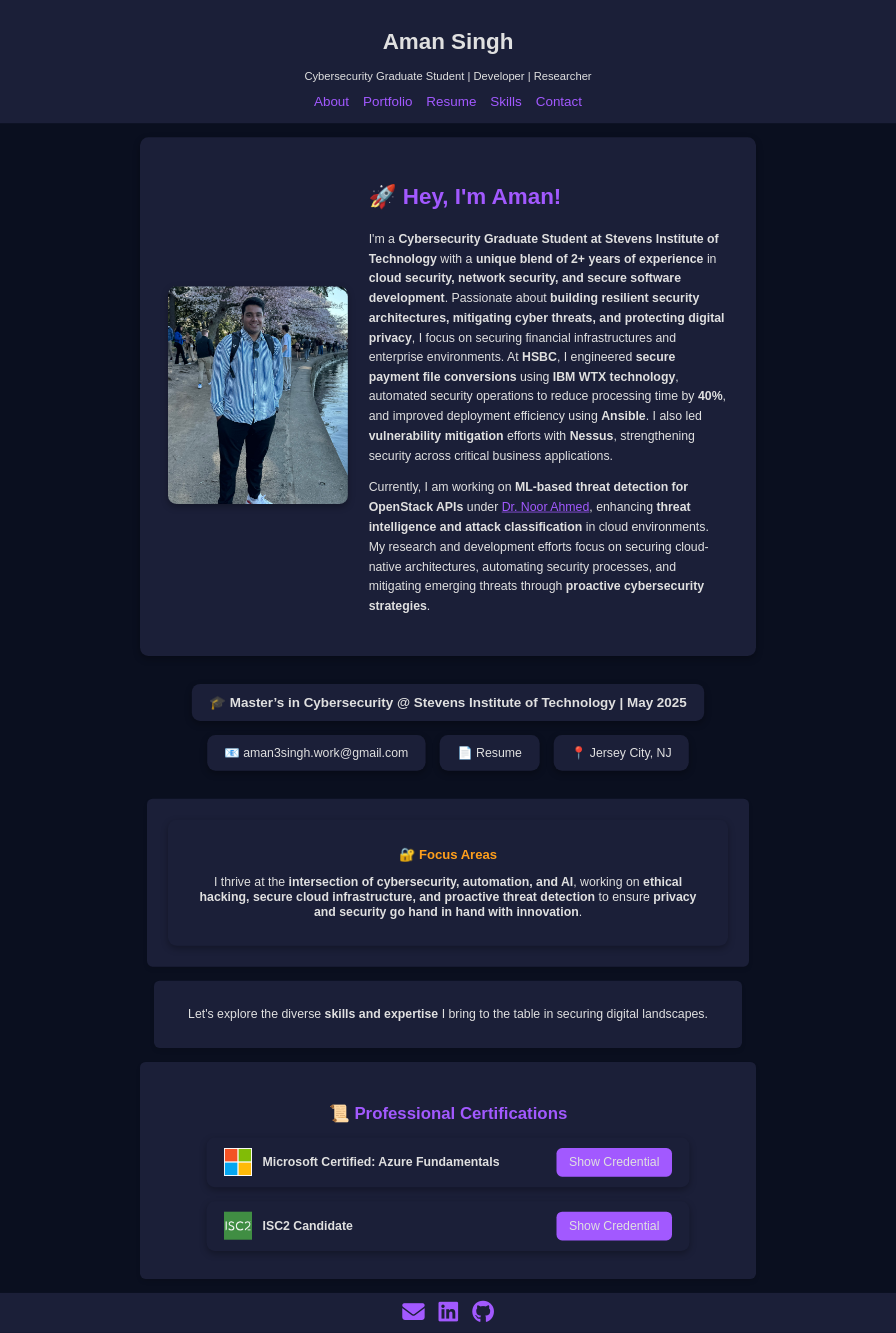
Repository: aman3singh/portfolio
Page: index.html
An editor plug-in stored every save of this project. The page is shown before and after the next save, followed by the edit.
The browser window is 1280 px wide. The pictures show the whole page, at 70% of full size.

Above is the page before, as saved 2025-02-11 23:25:07.

### index.html
<!DOCTYPE html>
<html lang="en">
<head>
    <meta charset="UTF-8">
    <meta name="viewport" content="width=device-width, initial-scale=1.0">
    <title>Aman Singh | Cybersecurity Portfolio</title>
    <link rel="stylesheet" href="styles.css">
    <link rel="stylesheet" href="https://cdnjs.cloudflare.com/ajax/libs/font-awesome/6.4.2/css/all.min.css">
</head>
<body>
    <header>
        <h1>Aman Singh</h1>
        <p>Cybersecurity Graduate Student | Developer | Researcher</p>
        <nav>
            <a href="#about">About</a>
            <a href="portfolio.html">Portfolio</a>
            <a href="resume.html">Resume</a>
            <a href="#skills">Skills</a>
            <a href="#contact">Contact</a>
        </nav>
    </header>

    <section id="about" style="display: flex; align-items: center; gap: 30px; padding: 40px;">
        <div style="flex: 1; text-align: center;">
            <img src="Aman.jpg" alt="Aman Singh" style="width: 100%; max-width: 400px; border-radius: 12px; box-shadow: 0px 4px 10px rgba(0, 0, 0, 0.3);">
        </div>
        <div style="flex: 2;">
            <h2 style="color: #A259FF;">🚀 Hey, I'm Aman!</h2>
            <p>
                I'm a <b>Cybersecurity Graduate Student at Stevens Institute of Technology</b> with a <b>unique blend of 2+ years of experience</b> in <b>cloud security, network security, and secure software development</b>. Passionate about <b>building resilient security architectures, mitigating cyber threats, and protecting digital privacy</b>, I focus on securing financial infrastructures and enterprise environments. At <b>HSBC</b>, I engineered <b>secure payment file conversions</b> using <b>IBM WTX technology</b>, automated security operations to reduce processing time by <b>40%</b>, and improved deployment efficiency using <b>Ansible</b>. I also led <b>vulnerability mitigation</b> efforts with <b>Nessus</b>, strengthening security across critical business applications.
            </p>
            <p>
                Currently, I am working on <b>ML-based threat detection for OpenStack APIs</b> under <a href="https://scholar.google.com/citations?user=zchOfB4AAAAJ&hl=en" target="_blank" style="color: #A259FF;">Dr. Noor Ahmed</a>, enhancing <b>threat intelligence and attack classification</b> in cloud environments. My research and development efforts focus on securing cloud-native architectures, automating security processes, and mitigating emerging threats through <b>proactive cybersecurity strategies</b>.
            </p>
        </div>
    </section>

    <div style="display: flex; flex-direction: column; align-items: center; text-align: center; gap: 20px; padding: 20px;">
        <div style="background-color: #1B1F38; padding: 15px 25px; border-radius: 12px; font-size: 1.2em; box-shadow: 0px 4px 10px rgba(0, 0, 0, 0.3);">
            🎓 <b>Master’s in Cybersecurity @ Stevens Institute of Technology | May 2025</b>
        </div>
        <div style="display: flex; gap: 20px;">
            <div style="background-color: #1B1F38; padding: 15px 25px; border-radius: 12px; font-size: 1.1em; box-shadow: 0px 4px 10px rgba(0, 0, 0, 0.3);">
                📧 <a href="mailto:aman3singh.work@gmail.com" style="color: #E0E0E0; text-decoration: none;">aman3singh.work@gmail.com</a>
            </div>
            <div style="background-color: #1B1F38; padding: 15px 25px; border-radius: 12px; font-size: 1.1em; box-shadow: 0px 4px 10px rgba(0, 0, 0, 0.3);">
                📄 <a href="resume.html" style="color: #E0E0E0; text-decoration: none;">Resume</a>
            </div>
            <div style="background-color: #1B1F38; padding: 15px 25px; border-radius: 12px; font-size: 1.1em; box-shadow: 0px 4px 10px rgba(0, 0, 0, 0.3);">
                📍 Jersey City, NJ
            </div>
        </div>
    </div>

    <section id="focus-areas" style="padding: 30px; display: flex; justify-content: center;">
        <div style="background-color: #1B1F38; padding: 20px 30px; border-radius: 12px; max-width: 800px; text-align: center; box-shadow: 0px 4px 10px rgba(0, 0, 0, 0.3);">
            <h3 style="color: #FF9F1C;">🔐 Focus Areas</h3>
            <p style="color: #E0E0E0; font-size: 1.1em;">
                I thrive at the <b>intersection of cybersecurity, automation, and AI</b>, working on <b>ethical hacking, secure cloud infrastructure, and proactive threat detection</b> to ensure <b>privacy and security go hand in hand with innovation</b>.
            </p>
        </div>
    </section>

    <section id="skills-intro" style="padding: 20px; text-align: center;">
        <p style="font-size: 1.1em; color: #E0E0E0;">
            Let's explore the diverse <b>skills and expertise</b> I bring to the table in securing digital landscapes.
        </p>
    </section>

    <section id="certifications" style="padding: 40px; text-align: center;">
        <h2 style="color: #A259FF;">📜 Professional Certifications</h2>
        <div style="display: flex; flex-direction: column; align-items: center; gap: 20px;">
            <div style="background-color: #1B1F38; padding: 15px 25px; border-radius: 12px; font-size: 1.1em; width: 80%; display: flex; align-items: center; justify-content: space-between; box-shadow: 0px 4px 10px rgba(0, 0, 0, 0.3);">
                <div style="display: flex; align-items: center; gap: 15px;">
                    <img src="microsoft_logo.svg" alt="Microsoft Logo" style="height: 40px;">
                    <b>Microsoft Certified: Azure Fundamentals</b>
                </div>
                <a href="https://learn.microsoft.com/en-us/users/amansingh-1923/credentials/2ef5697650f7d138?ref=https%3A%2F%2Fwww.linkedin.com%2F" target="_blank" class="credential-button">Show Credential</a>
            </div>
            <div style="background-color: #1B1F38; padding: 15px 25px; border-radius: 12px; font-size: 1.1em; width: 80%; display: flex; align-items: center; justify-content: space-between; box-shadow: 0px 4px 10px rgba(0, 0, 0, 0.3);">
                <div style="display: flex; align-items: center; gap: 15px;">
                    <img src="isc2_logo.jpg" alt="ISC2 Logo" style="height: 40px;">
                    <b>ISC2 Candidate</b>
                </div>
                <a href="https://www.credly.com/badges/34d270c8-7299-4ed3-a625-0a13da7394b7/linked_in_profile" target="_blank" class="credential-button">Show Credential</a>
            </div>
        </div>
    </section>

    <footer>
            <div class="social-links" style="display: flex; gap: 20px; font-size: 2rem;">
                <a href="mailto:aman3singh.work@gmail.com" target="_blank">
                    <i class="fa-solid fa-envelope"></i>
                </a>
                <a href="https://www.linkedin.com/in/aman-singh7/" target="_blank">
                    <i class="fa-brands fa-linkedin"></i>
                </a>
                <a href="https://github.com/aman3singh" target="_blank">
                    <i class="fa-brands fa-github"></i>
                </a>
            </div>
    </footer>
</body>
</html>

### styles.css
body {
    font-family: 'Arial', sans-serif;
    margin: 0;
    padding: 0;
    background-color: #0A0F1F;
    color: #E0E0E0;
}

header {
    background-color: #1B1F38;
    color: 	#E0E0E0;
    text-align: center;
    padding: 20px;
}

nav {
    display: flex;
    justify-content: center;
    gap: 20px;
}

nav a {
    color: #A259FF;
    text-decoration: none;
    font-size: 1.2em;
    transition: color 0.3s;
}

nav a:hover {
    color: #00E5FF;
}

section {
    padding: 20px;
    margin: 20px auto;
    max-width: 800px;
    background: #1B1F38;
    box-shadow: 0px 4px 6px rgba(0, 0, 0, 0.1);
    border-radius: 8px;
}

h2 {
    color: #A259FF;
}
#about {
    display: flex;
    align-items: center;
    gap: 30px;
    padding: 40px;
    background-color: #1B1F38;
    border-radius: 12px;
    box-shadow: 0px 4px 10px rgba(0, 0, 0, 0.3);
}

#about img {
    width: 100%;
    max-width: 300px;
    border-radius: 12px;
    box-shadow: 0px 4px 10px rgba(0, 0, 0, 0.3);
}

#about h2 {
    color: #A259FF;
    font-size: 2em;
}

#about p {
    color: #E0E0E0;
    font-size: 1.1em;
    line-height: 1.6;
}
#resume-container {
    display: flex;
    justify-content: center;
    align-items: center;
    min-height: 100vh;
    background-color: #0A0F1F; /* Match with your theme */
    padding-bottom: 0; /* Ensures no extra padding */
    overflow: hidden; /* Prevents extra scrolling */
}

#resume-container iframe {
    width: 80%;
    height: 100vh; /* Make it take full viewport height */
    border: none;
    background-color: transparent;
}

.project {
    border-left: 4px solid #A259FF;
    padding-left: 10px;
    margin-bottom: 15px;
}

.social-links {
    display: flex;
    justify-content: center;
    gap: 15px;
    font-size: 2rem;
}

.social-links a {
    color: #A259FF;
    transition: color 0.3s;
}

.social-links a:hover {
    color: #00E5FF;
}
.credential-button {
    color: #E0E0E0;
    text-decoration: none;
    background-color: #A259FF;
    padding: 10px 18px;
    border-radius: 8px;
    font-size: 1em;
    transition: background-color 0.3s ease-in-out;
    display: flex;
    align-items: center;
    justify-content: center;
}

.credential-button:hover {
    background-color: #00E5FF;
}

footer {
    text-align: center;
    padding: 10px;
    background-color: #1B1F38;
    color: #E0E0E0;
}

After the next save:
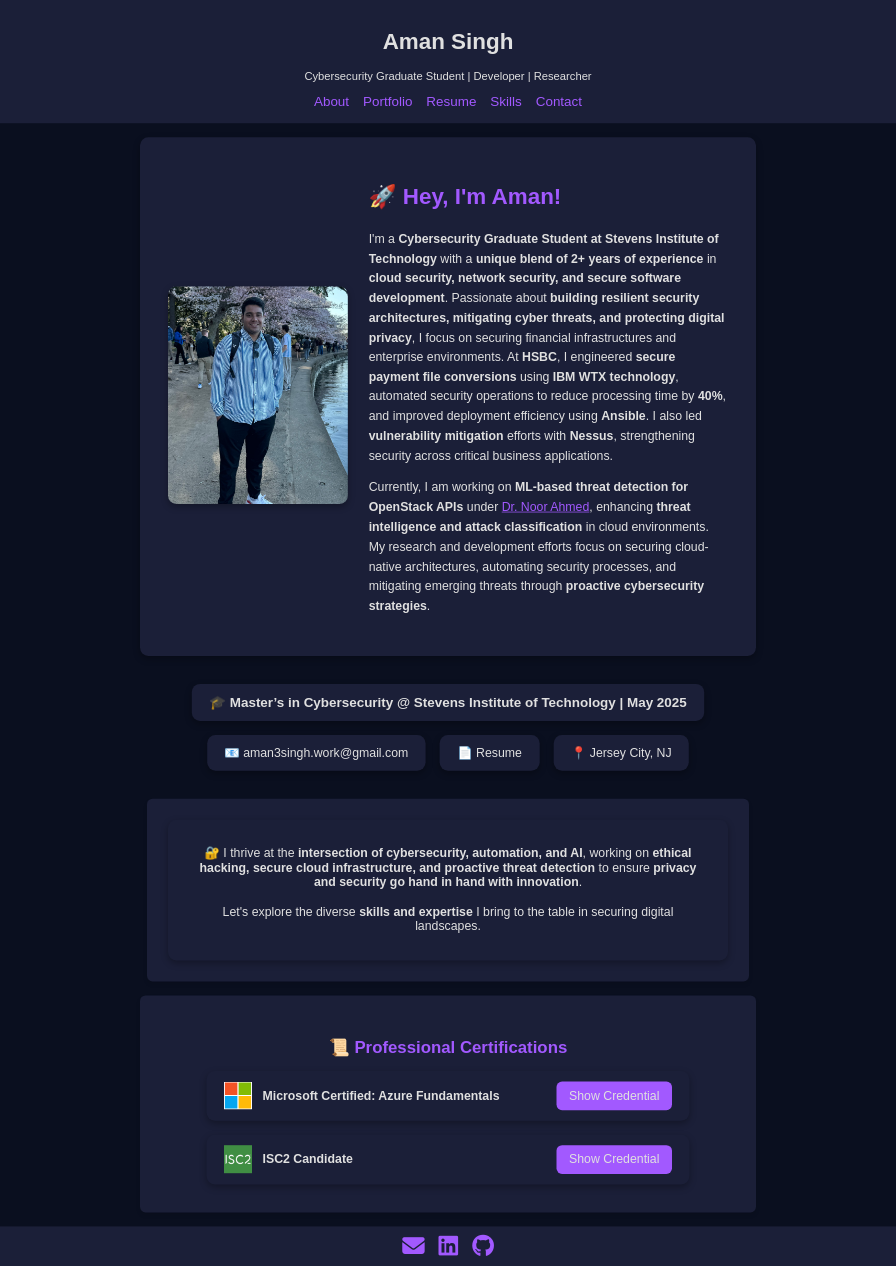
Saved 3 min 3 s later.
--- a/index.html
+++ b/index.html
@@ -54,17 +54,11 @@
 
     <section id="focus-areas" style="padding: 30px; display: flex; justify-content: center;">
         <div style="background-color: #1B1F38; padding: 20px 30px; border-radius: 12px; max-width: 800px; text-align: center; box-shadow: 0px 4px 10px rgba(0, 0, 0, 0.3);">
-            <h3 style="color: #FF9F1C;">🔐 Focus Areas</h3>
             <p style="color: #E0E0E0; font-size: 1.1em;">
-                I thrive at the <b>intersection of cybersecurity, automation, and AI</b>, working on <b>ethical hacking, secure cloud infrastructure, and proactive threat detection</b> to ensure <b>privacy and security go hand in hand with innovation</b>.
+                🔐 I thrive at the <b>intersection of cybersecurity, automation, and AI</b>, working on <b>ethical hacking, secure cloud infrastructure, and proactive threat detection</b> to ensure <b>privacy and security go hand in hand with innovation</b>.<br><br>
+                Let's explore the diverse <b>skills and expertise</b> I bring to the table in securing digital landscapes.
             </p>
         </div>
-    </section>
-
-    <section id="skills-intro" style="padding: 20px; text-align: center;">
-        <p style="font-size: 1.1em; color: #E0E0E0;">
-            Let's explore the diverse <b>skills and expertise</b> I bring to the table in securing digital landscapes.
-        </p>
     </section>
 
     <section id="certifications" style="padding: 40px; text-align: center;">
